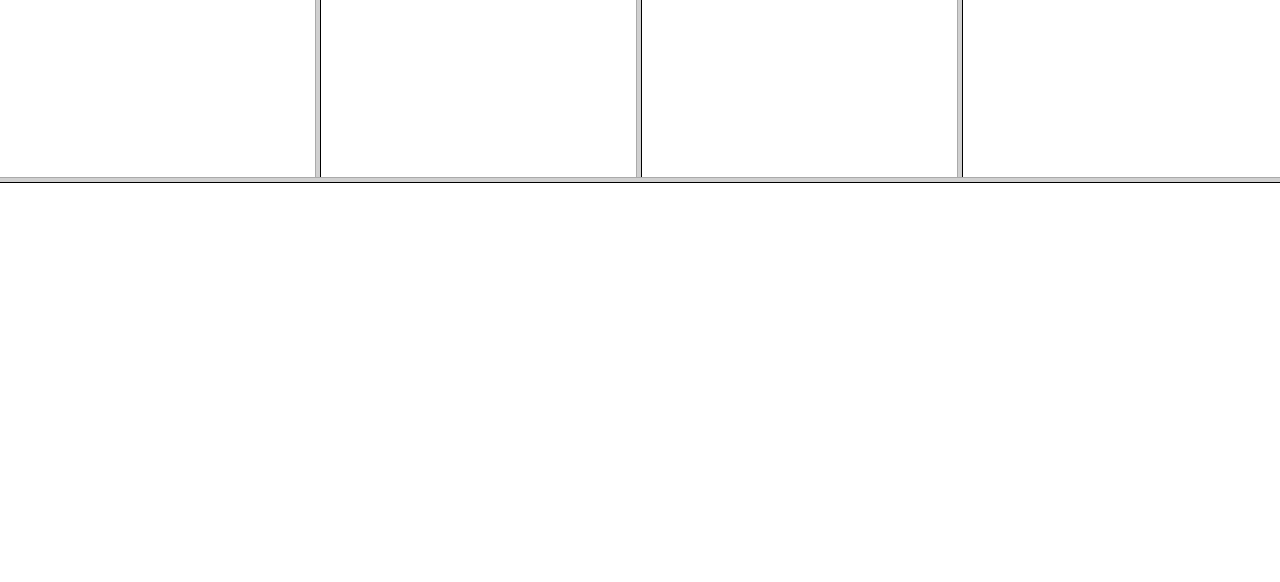
Repository: paul2oh/hellowjava
Page: workspace/javastart_svn/src/javastart/WebContent/clientPrg/a01_html/a05_test1.html
These files come from the project's save history. The page is drawn as it stood at one moment and after a run of saves; the edit follows.
The browser window is 1280 px wide. The pictures show the whole page.

Above is the page before, as saved 2017-01-03 10:10:54.

After the next 2 saves:
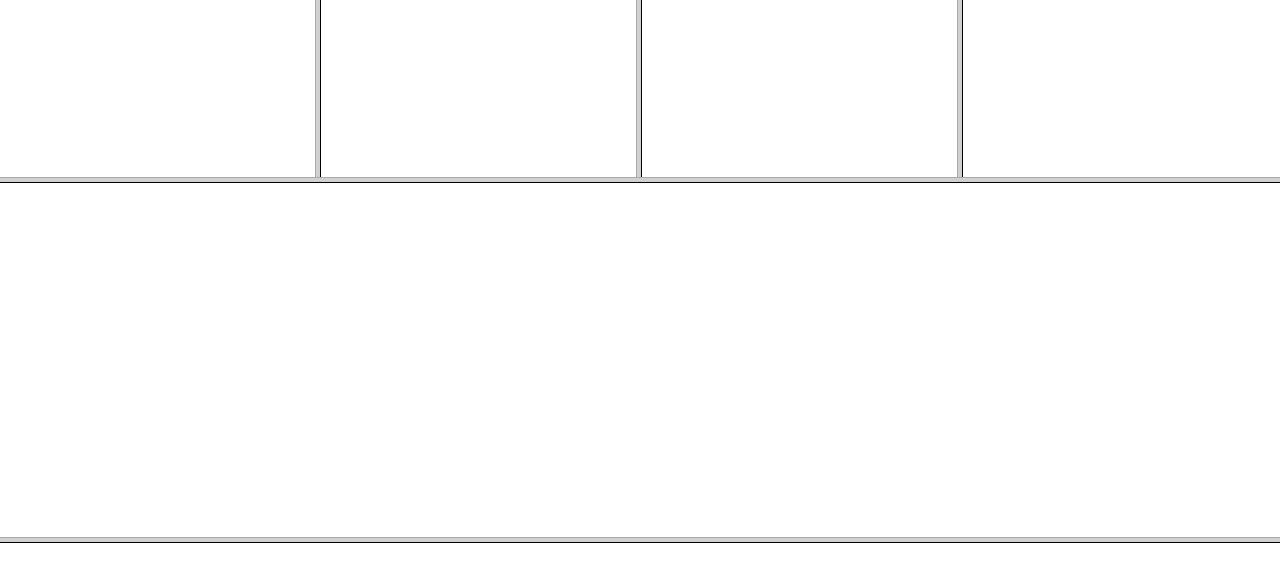
The 2 saves are shown as one change because they came seconds apart.
The last was saved 9 s later.
--- a/workspace/javastart_svn/src/javastart/WebContent/clientPrg/a01_html/a05_test1.html
+++ b/workspace/javastart_svn/src/javastart/WebContent/clientPrg/a01_html/a05_test1.html
@@ -50,8 +50,10 @@
 	<frame />
 	<frame />
 	<frame />
+	<frame />
 
 	</frameset>
+	<frame  />
 	<frame  />
 
 
